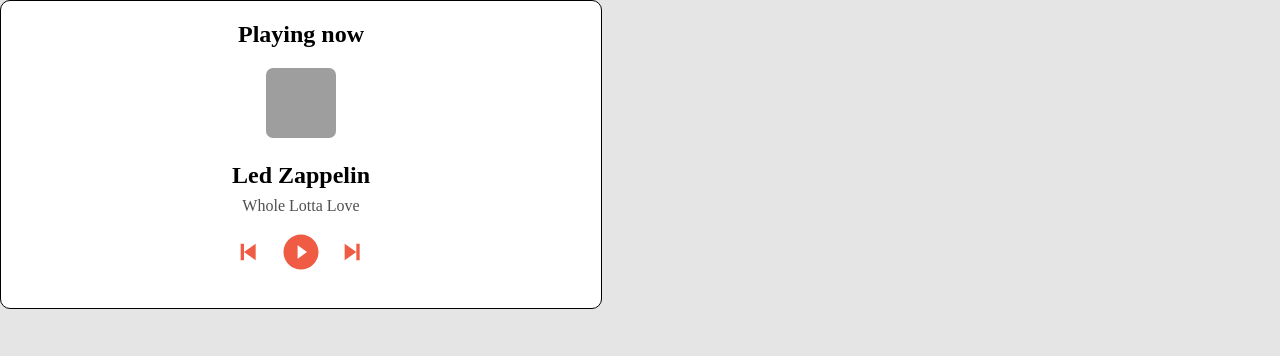
Repository: Sxcram02/playlist
Page: /
The author's editor kept a copy of each file at every save. The page is drawn from the files as they stood at one save, then again after the next save.
The browser window is 1280 px wide. The pictures show the whole page.
Pictures or frames that could not be fetched are drawn as grey boxes. The page's requests for data from a server got no answer. The project was rebuilt for these pictures with package versions that can differ from the ones it lists, and the page was loaded fresh each time. No one was signed in, and anything a server would have sent is missing.

Above is the page before, as saved 2023-02-23 16:47:48.

After the next save:
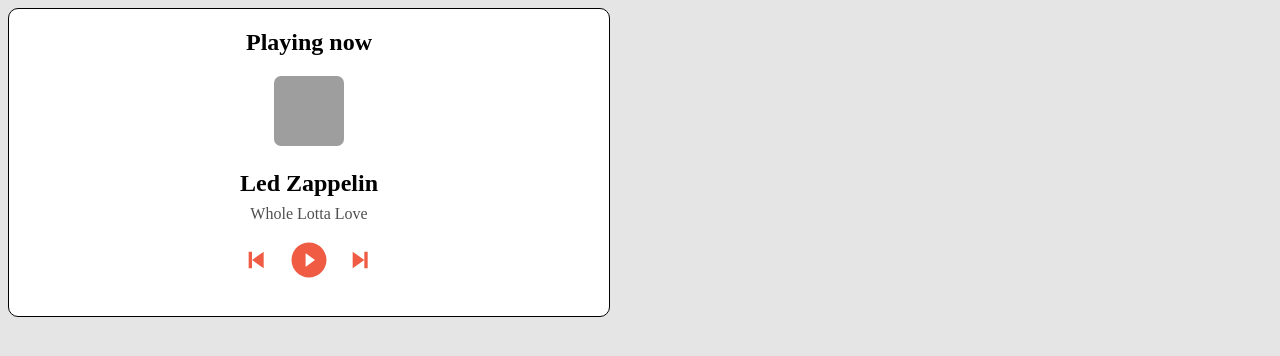
Saved 40 s later.
--- a/src/index.css
+++ b/src/index.css
@@ -1,4 +1,4 @@
-body {
+html {
   background-color: #e5e5e5;
   padding: 0;
   margin: 0;

After the save that followed:
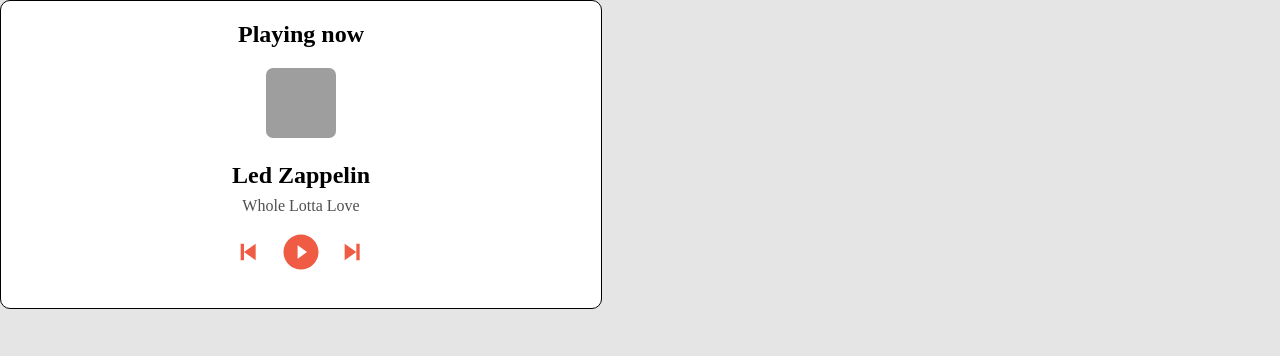
Saved 16 s later.
--- a/src/index.css
+++ b/src/index.css
@@ -1,4 +1,4 @@
-html {
+body {
   background-color: #e5e5e5;
   padding: 0;
   margin: 0;
